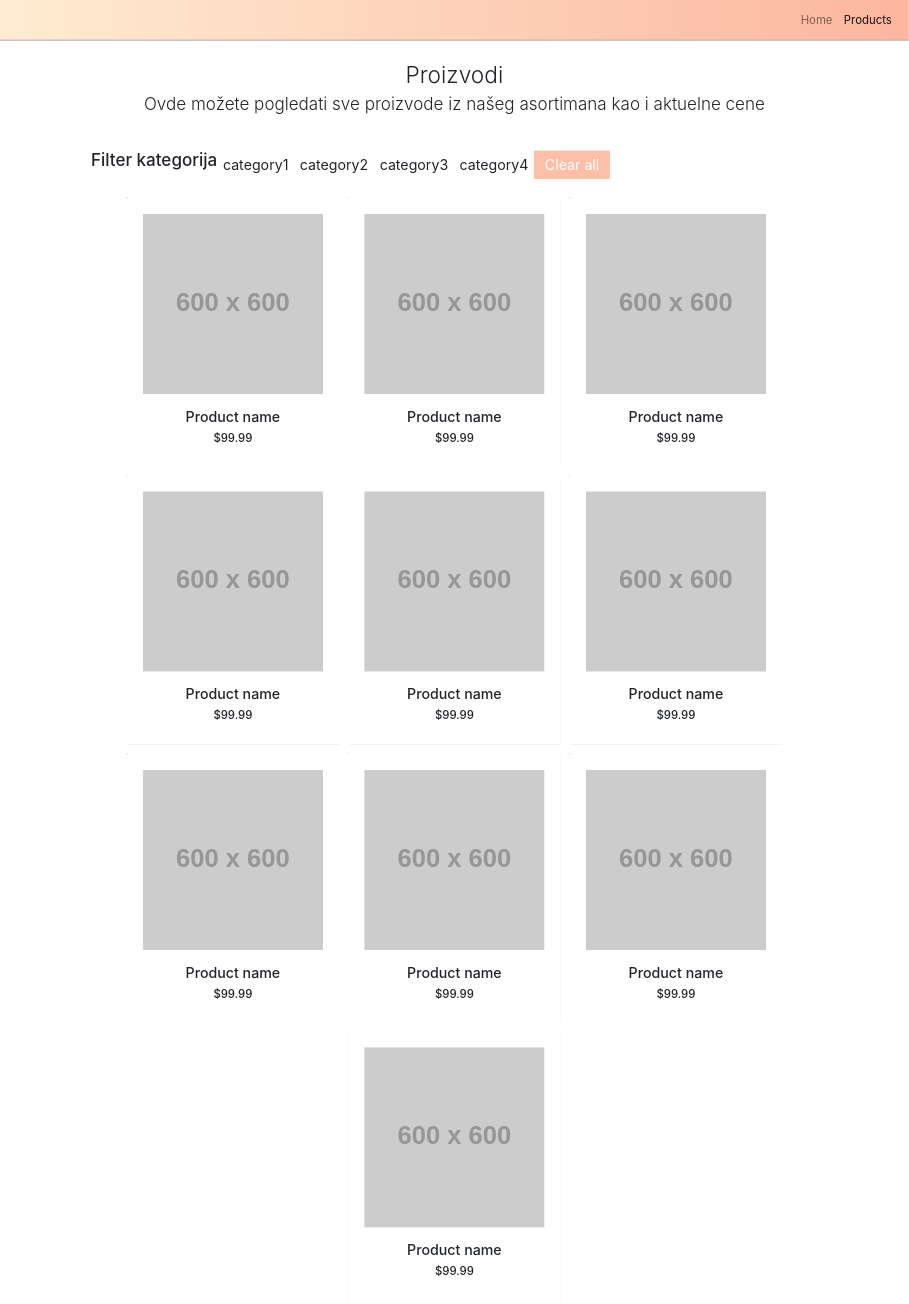
Repository: StevanFilipovic/TemplateForSinglepageWebsite
Page: products.html
An editor plug-in stored every save of this project. The page is shown before and after the next save, followed by the edit.
The browser window is 1280 px wide. The pictures show the whole page, at 71% of full size.
Some web libraries are served in a nearby version.

Above is the page before, as saved 2018-06-14 16:09:36.

After the next save:
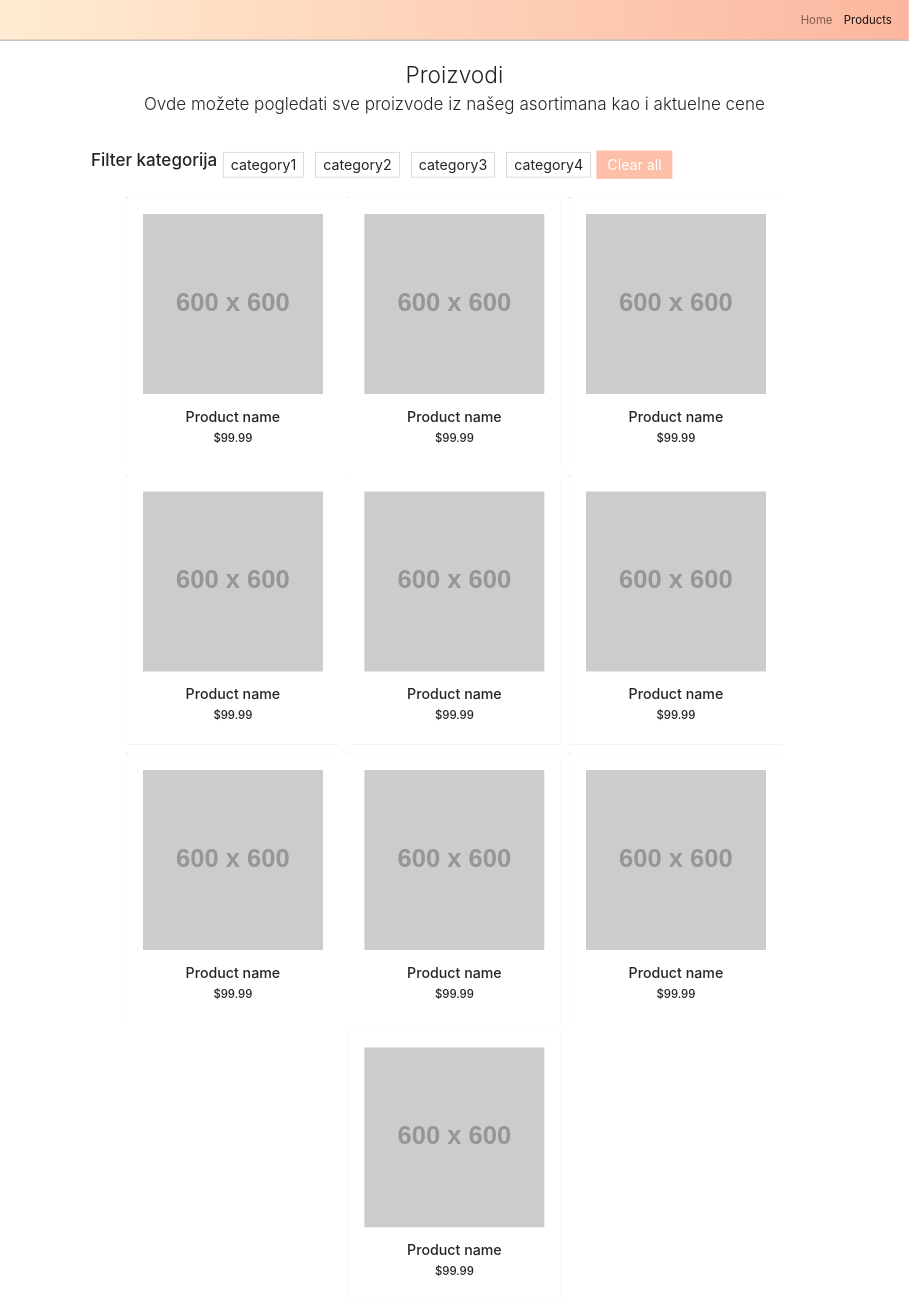
Saved 99 s later.
--- a/products-page-style.css
+++ b/products-page-style.css
@@ -95,6 +95,8 @@
     -moz-user-select: none;
     -ms-user-select: none;
     user-select: none;
+    border: 1px solid #cccccc;
+    padding: 2px 10px;
   }
 
 
